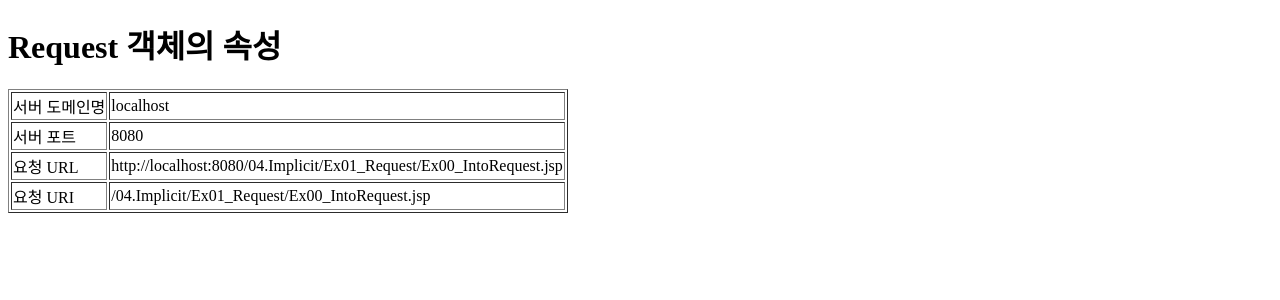
Repository: kvmhyvmvn/Study_JspServlet
Page: http://localhost/04.Implicit/Ex01_Request/Ex00_IntoRequest.jsp
The author's editor kept a copy of each file at every save. The page is drawn from the files as they stood at one save, then again after the next save.
The browser window is 1280 px wide. The pictures show the whole page.
The page is served by Tomcat 9.

Above is the page before, as saved 2023-05-22 01:39:35.

After the next save:
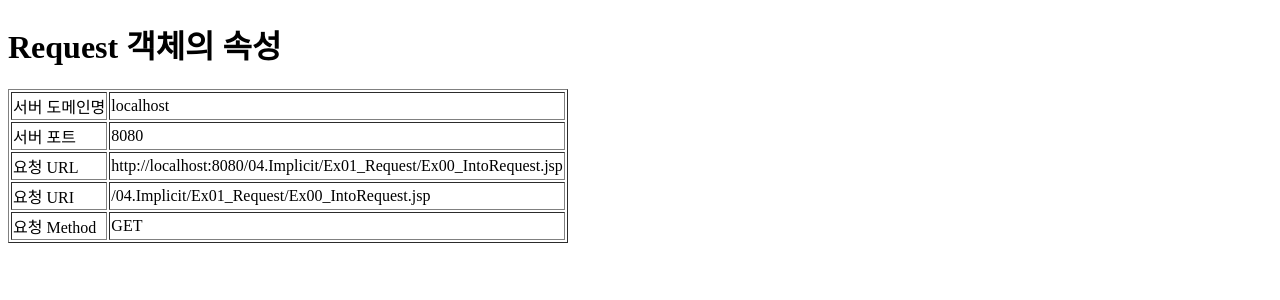
Saved 29 s later.
--- a/WorkSpace/04.Implicit/src/main/webapp/Ex01_Request/Ex00_IntoRequest.jsp
+++ b/WorkSpace/04.Implicit/src/main/webapp/Ex01_Request/Ex00_IntoRequest.jsp
@@ -25,6 +25,10 @@
 			<td> 요청 URI </td>
 			<td> <%=request.getRequestURI() %></td>
 		</tr>
+		<tr>
+			<td> 요청 Method </td>
+			<td> <%=request.getMethod() %></td>
+		</tr>
 	</table>
 </body>
 </html>
